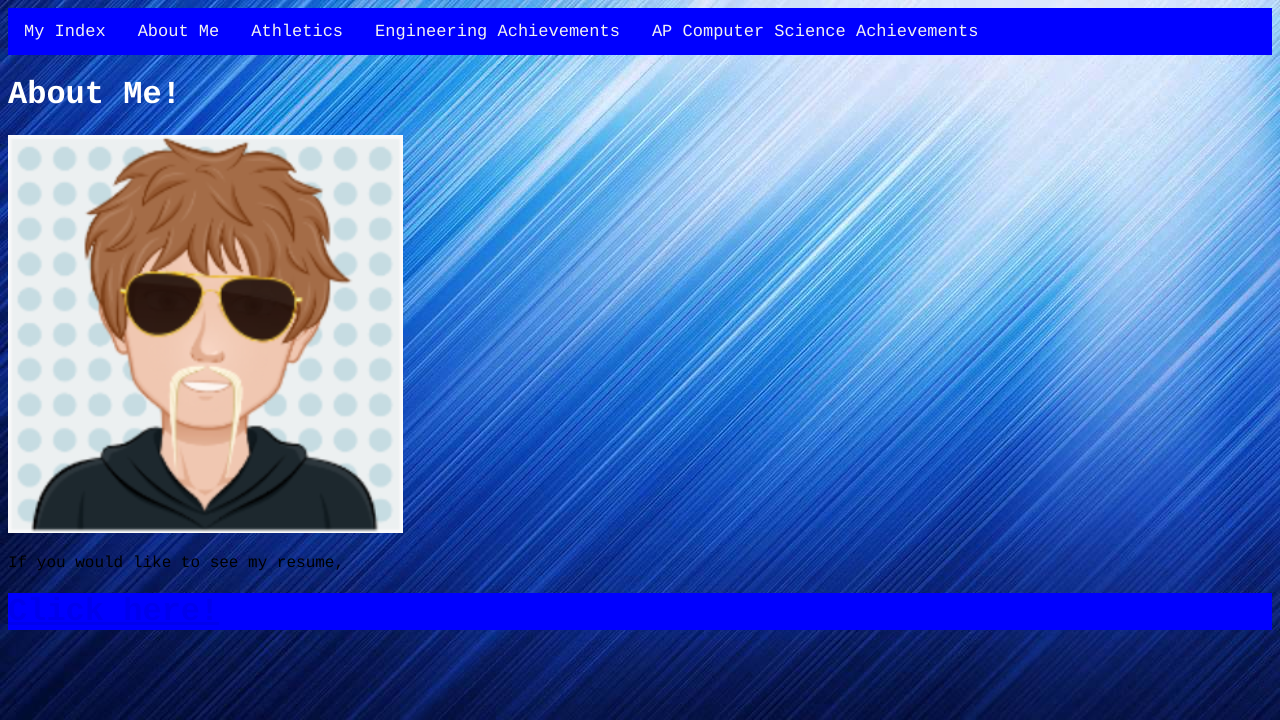
Repository: jacobsirois/jacobsirois.github.io
Page: aboutme.html
The author's editor kept a record of every edit. The page is drawn from the files as they stood at one moment, then again after the next edit.
The browser window is 1280 px wide. The pictures show the whole page.

Above is the page before.
Not found: index.css

After the next edit:
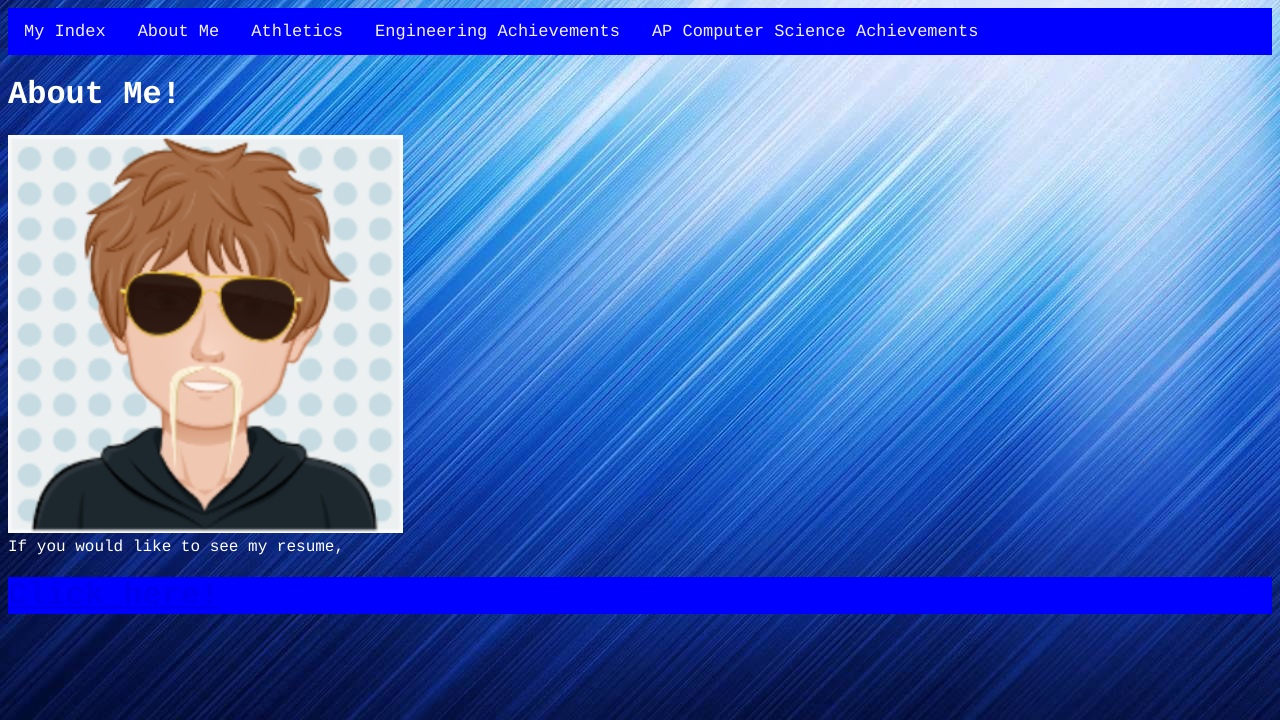
The edit:
--- a/aboutme.html
+++ b/aboutme.html
@@ -105,7 +105,8 @@
 
 <h1 style="color:White;">About Me!</h1>
 <img src="images/avatar.jpg" alt="my avatar">
-<p>If you would like to see my resume,</p>
+<br>
+<p1 style="color:White;">If you would like to see my resume,</p>
 <a href="https://docs.google.com/document/d/1-AdmVu0SB5snxsAU3fiWYV94WNg3X-d_nUklR3OvtXk/edit?usp=sharing" target="_blank"><h1 style="background-color:Blue;">Click here!</a></h1>
 </body>
 </html>
